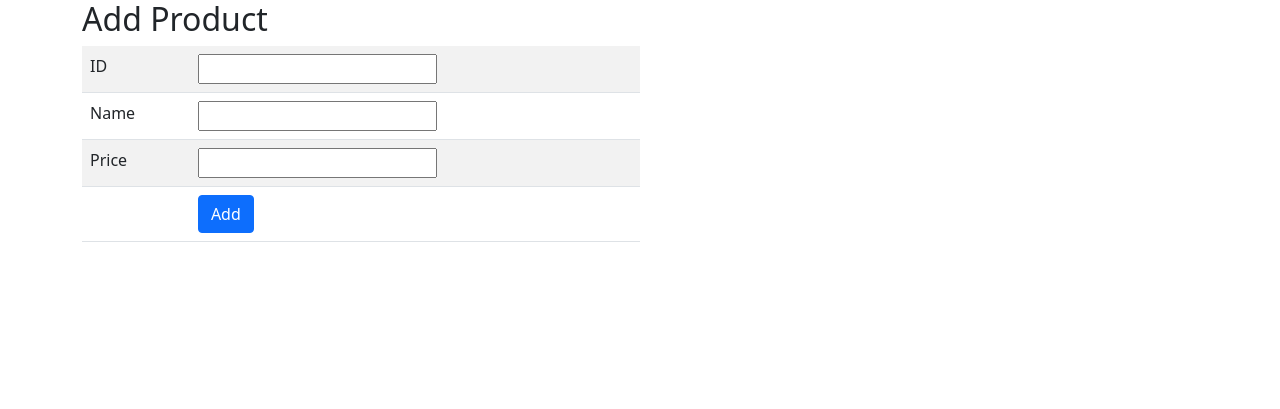
Repository: nguyenhung50497/MD3_thaoTacVoiFile
Page: BT_productManager2/templates/addProduct.html
An editor plug-in stored every save of this project. The page is shown before and after the next save, followed by the edit.
The browser window is 1280 px wide. The pictures show the whole page.
Some web libraries are served in a nearby version.

Above is the page before, as saved 2022-12-15 09:08:48.

After the next save:
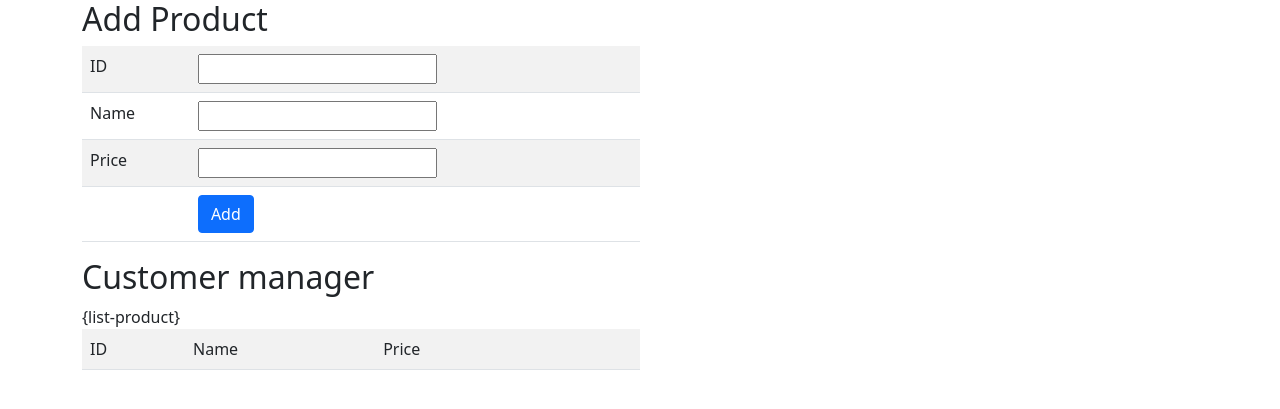
Saved 1 s later.
--- a/BT_productManager2/templates/addProduct.html
+++ b/BT_productManager2/templates/addProduct.html
@@ -29,7 +29,17 @@
                 </tr>
             </table>
         </form>
-
+        <h2>Customer manager</h2>
+        <table class="table table-striped">
+            <tr>
+                <td>ID</td>
+                <td>Name</td>
+                <td>Price</td>
+                <td></td>
+                <td></td>
+            </tr>
+            {list-product}
+        </table>
     </div>
 
 </div>
